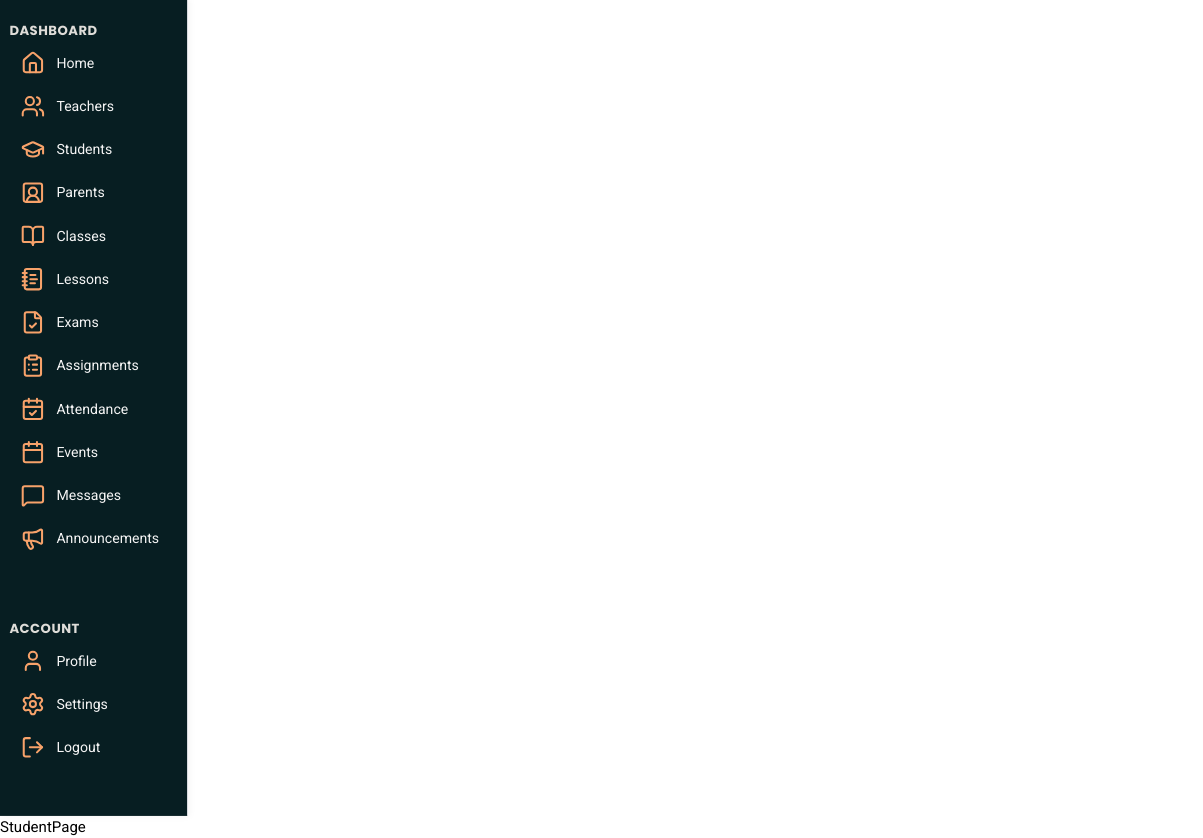
Repository: GlorifiedIntel/student-portal
Page: /student
The author's editor kept a copy of each file at every save. The page is drawn from the files as they stood at one save, then again after the next save.
The browser window is 1280 px wide. The pictures show the whole page, at 94% of full size.
The project was rebuilt for these pictures with package versions that can differ from the ones it lists, and the page was loaded fresh each time. The framework's server and built-in components were replaced by stand-ins that run in the browser. Also part of the build but not shown: next.config.mjs, src/app/(dashboard)/Layout.module.css.

Above is the page before, as saved 2025-08-21 16:20:46.

After the next save:
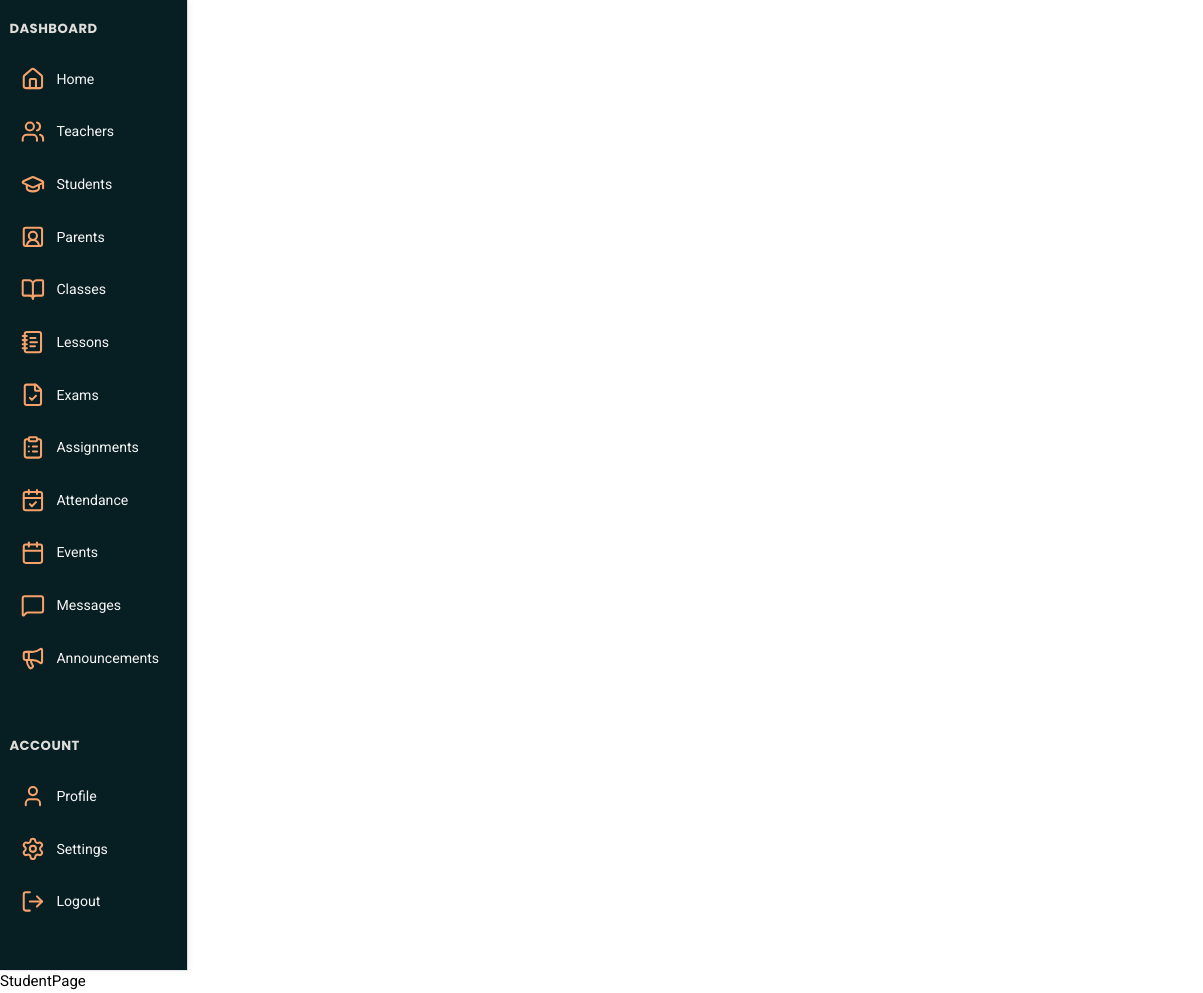
Saved 30 s later.
--- a/src/components/Menu.module.css
+++ b/src/components/Menu.module.css
@@ -12,6 +12,9 @@
 }
 
 .menu-section {
+  display: flex;
+  flex-direction: column;
+  gap: 10px;
   margin-bottom: 30px;
 }
 
